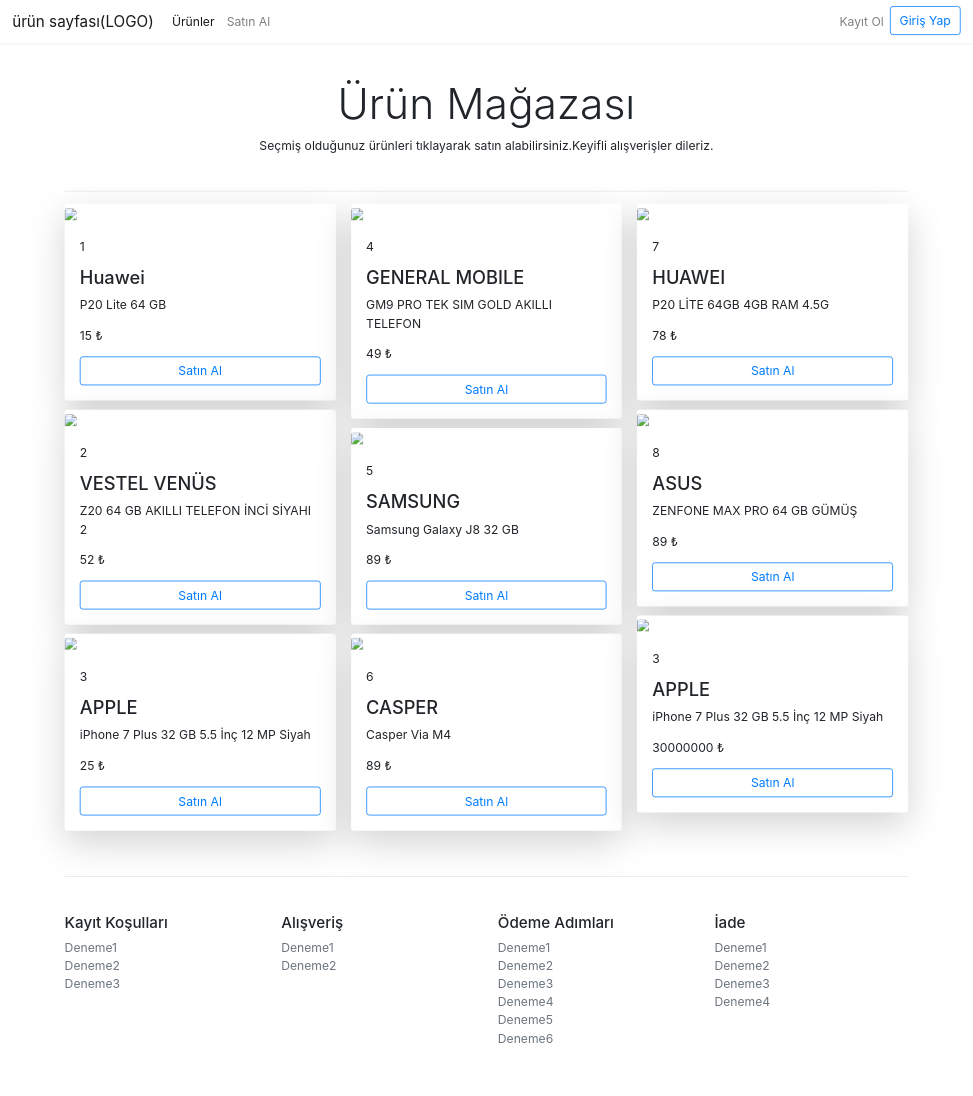
Repository: NergisAktug/E-Commerce-PythonWithFlask-Sqlite3
Page: http://localhost/
The author's editor kept a copy of each file at every save. The page is drawn from the files as they stood at one save, then again after the next save.
The browser window is 1280 px wide. The pictures show the whole page, at 76% of full size.
Some web libraries are served in a nearby version. The page is served by the project's application, run on Flask 3 (app.py). The page reads the database file committed with the project.

Above is the page before, as saved 2018-12-16 00:09:06.

### templates/index.html
<!doctype html>

<html lang="en">
  <head>
      <!-- Required meta tags -->
    <meta charset="utf-8">
    <meta name="viewport" content="width=device-width, initial-scale=1, shrink-to-fit=no">
    <link rel="stylesheet" href="https://use.fontawesome.com/releases/v5.5.0/css/all.css" integrity="sha384-B4dIYHKNBt8Bc12p+WXckhzcICo0wtJAoU8YZTY5qE0Id1GSseTk6S+L3BlXeVIU" crossorigin="anonymous">
    <!-- Bootstrap CSS -->
    <link rel="stylesheet" href="https://stackpath.bootstrapcdn.com/bootstrap/4.1.3/css/bootstrap.min.css" integrity="sha384-MCw98/SFnGE8fJT3GXwEOngsV7Zt27NXFoaoApmYm81iuXoPkFOJwJ8ERdknLPMO" crossorigin="anonymous">

    <title>Hello, world!</title>
  </head>
  <body>



    <nav class="navbar navbar-expand-lg navbar-light shadow-sm" >
        <a href="/" class="navbar-brand">ürün sayfası(LOGO)</a>
        <button class="navbar-toggler" type="button" data-toggle="collapse" data-target="#navbarMenü">
            <span class="navbar-toggler-icon"></span>
        </button>
        <div class="collapse navbar-collapse" id="navbarMenü">
            <ul class="navbar-nav mr-auto">
                <li class="nav-item">
                    <a href="/" class="nav-link active" >Ürünler</a>
                 </li>
                 <li class="nav-item">
                        <a href="/giris" class="nav-link">Satın Al</a>
                     </li>
                     </ul>

                     {% if mesaj %}
                     <ul class="navbar-nav">
                     <div class="alert alert-success">
                            <strong>Başardınız!</strong> {{mesaj}}
                          </div>
                          <li class="nav-item">
                                <a href="/uyeGiris" class="btn btn-outline-primary">Giriş Yap</a>
                               </li>
                            </ul>
                        {% else %}
        {% if  session['uye_giris'] %}
        <ul class="navbar-nav ml-auto">
               <li class="nav-item">  <a href="/sepetGoster" class="nav-link">Sepetim</a></li>
               <li class="nav-item">  <a href="/cikis" class="btn btn-outline-primary">Çıkış Yap</a></li>
            </ul>

        {% else %}
        {% if session['admin_giris']  %}
        <ul class="navbar-nav ml-auto">
                <li class="nav-item"><a href="/giris" >Admin</a></li>
                <li class="nav-item"><a href="/cikis" >Çıkış Yap</a></li>
        </ul>
        {% else %}
            <ul class="navbar-nav">
            <li class="nav-item">
            <a href="/kayit" class="nav-link">Kayıt Ol</a>
            </li>
            <li class="nav-item">
            <a href="/giris" class="btn btn-outline-primary">Giriş Yap</a>
            </li>
            </ul>
            {% endif %}
        {% endif %}
     {% endif %}
        </div>

    </nav>

    <div class="container my-5">
      <h1 class="display-4 text-center mb-2">Ürün Mağazası</h1>
       <p class="text-center mb-5">Seçmiş olduğunuz ürünleri  tıklayarak satın alabilirsiniz.Keyifli alışverişler dileriz.</p>
      <div class="clearfix"></div><hr>
      <div class="card-columns">
          {% if Urun==[] %}
          <div class="alert alert-warning" role="alert">Herhangi bir ürün yok...</div>
          {% else %}
          {% for kayit in Urun %}
          <div data-aos="fade-down" class="card border-0 shadow-lg">
          <img src="#"  class="card-img-top">
             <div class="card-body">
                    {% for m in marka %}
                    {% if m.markaId==kayit.markaId %}

                    <p>{{m.markaId}}</p>
                    <h4>{{m.markaadi}}</h4>
                    <P>{{m.marka_modeli}} </P>
                    <p>{{kayit.urunFiyati}} ₺</p>
                    <a href="/sepet/kayit.markaId" class="btn btn-outline-primary btn-block">Satın Al</a>
                    {% endif %}
                 {% endfor %}


            </div>
          </div>

      {% endfor %}
      {% endif %}
       </div>
    <hr class="my-5">
</div>


   <footer class="my-5">
<div class="container">
      <div class="row">
     <div class="col-6 col-md-3">
       <h5>Kayıt Koşulları</h5>
       <ul class="list-unstyled">
        <li><a href="#" class="text-muted">Deneme1</a></li>
        <li><a href="#" class="text-muted">Deneme2</a></li>
        <li><a href="#" class="text-muted">Deneme3</a></li>

        </ul>
     </div>

     <div class="col-6 col-md-3">
        <h5>Alışveriş</h5>
        <ul class="list-unstyled">
            <li><a href="#" class="text-muted">Deneme1</a></li>
            <li><a href="#" class="text-muted">Deneme2</a></li>

         </ul>
      </div>
      <div class="col-6 col-md-3">
          <h5>Ödeme Adımları</h5>
          <ul class="list-unstyled">
              <li><a href="#" class="text-muted">Deneme1</a></li>
              <li><a href="#" class="text-muted">Deneme2</a></li>
              <li><a href="#" class="text-muted">Deneme3</a></li>
              <li><a href="#" class="text-muted">Deneme4</a></li>
              <li><a href="#" class="text-muted">Deneme5</a></li>
              <li><a href="#" class="text-muted">Deneme6</a></li>
           </ul>
        </div>
        <div class="col-6 col-md-3">
            <h5>İade</h5>
            <ul class="list-unstyled">
                <li><a href="#" class="text-muted">Deneme1</a></li>
                <li><a href="#" class="text-muted">Deneme2</a></li>
                <li><a href="#" class="text-muted">Deneme3</a></li>
                <li><a href="#" class="text-muted">Deneme4</a></li>
             </ul>
          </div>
      </div>
</div>
   </footer>

    <!-- Optional JavaScript -->
    <!-- jQuery first, then Popper.js, then Bootstrap JS -->
    <script src="https://unpkg.com/aos@2.3.1/dist/aos.js"></script>
    <script src="https://code.jquery.com/jquery-3.3.1.slim.min.js" integrity="sha384-q8i/X+965DzO0rT7abK41JStQIAqVgRVzpbzo5smXKp4YfRvH+8abtTE1Pi6jizo" crossorigin="anonymous"></script>
    <script src="https://cdnjs.cloudflare.com/ajax/libs/popper.js/1.14.3/umd/popper.min.js" integrity="sha384-ZMP7rVo3mIykV+2+9J3UJ46jBk0WLaUAdn689aCwoqbBJiSnjAK/l8WvCWPIPm49" crossorigin="anonymous"></script>
    <script src="https://stackpath.bootstrapcdn.com/bootstrap/4.1.3/js/bootstrap.min.js" integrity="sha384-ChfqqxuZUCnJSK3+MXmPNIyE6ZbWh2IMqE241rYiqJxyMiZ6OW/JmZQ5stwEULTy" crossorigin="anonymous"></script>
    <script>
        AOS.init();
      </script>
  </body>
</html>

### app.py
import datetime
import os
from flask import Flask,flash, request, render_template
from flask import Flask, url_for, redirect, session
from flask_sqlalchemy import SQLAlchemy
from sqlalchemy.sql import table, column, select



class ConfigClass(object):

    SECRET_KEY = 'This is an INSECURE secret!! DO NOT use this in production!!'

    SQLALCHEMY_DATABASE_URI = 'sqlite:///eticaret.sqlite'
    SQLALCHEMY_TRACK_MODIFICATIONS = False

    MAIL_SERVER = 'smtp.gmail.com'
    MAIL_PORT = 465
    MAIL_USE_SSL = True
    MAIL_USE_TLS = False
    MAIL_USERNAME = 'nergis.aktug2014@gmail.com'
    MAIL_PASSWORD = '05383896877'
    MAIL_DEFAULT_SENDER = '"MyApp" <xyz@gmail.com>'

    USER_ENABLE_EMAIL = True
    USER_ENABLE_USERNAME = False
    USER_EMAIL_SENDER_EMAIL = "noreply@example.com"


def create_app():



    app = Flask(__name__)
    app.config.from_object(__name__ + '.ConfigClass')

    db = SQLAlchemy(app)

    UPLOAD_FOLDER = os.path.basename('uploads')
    app.config['UPLOAD_FOLDER'] = UPLOAD_FOLDER

    class Kullanici(db.Model):
        __tablename__ = 'Kullanici'
        id = db.Column(db.Integer, primary_key=True)
        email = db.Column(db.String(80), unique=True)
        sifre = db.Column(db.String(80))
        rolId = db.Column(db.Integer, db.ForeignKey('rol.rolId', ondelete='CASCADE'))
        def __init__(self, email, sifre,rolId):
            self.email = email
            self.sifre = sifre
            self.rolId =rolId

    class Roller(db.Model):
        __tablename__ = 'rol'
        rolId = db.Column(db.Integer, primary_key=True)
        rolisim = db.Column(db.String(80))

    class urunler(db.Model):
        __tablename__ = 'urunler'
        urun_id = db.Column(db.Integer, primary_key=True)
        urunismi = db.Column(db.String(80))
        urunresmi = db.Column(db.String(256))
        urunstok=db.Column(db.Integer)
        urunFiyati = db.Column(db.Integer)
        markaId = db.Column(db.Integer,db.ForeignKey('markalar.markaId', ondelete='CASCADE'))

        def __init__(self, urunismi, urunresmi, urunFiyati,urunstok,markaId):
            self.urunismi =urunismi
            self.urunresmi = urunresmi
            self.urunFiyati = urunFiyati
            self.markaId=markaId
            self.urunstok=urunstok
    class markalar(db.Model):
        __tablename__ = 'markalar'
        markaId = db.Column(db.Integer, primary_key=True)
        markaadi = db.Column(db.String(80))
        marka_modeli = db.Column(db.String(80))

        def __init__(self, markaadi, marka_modeli):
            self.markaadi = markaadi
            self.marka_modeli = marka_modeli

    class musteri(db.Model):
        __tablename__ = 'musteri'
        musteriId = db.Column(db.Integer, primary_key=True)
        musteriadi = db.Column(db.String(80))
        musterisoyadi = db.Column(db.String(80))
        mail = db.Column(db.String(80), unique=True)
        telefon = db.Column(db.Integer)
        sifre = db.Column(db.String(80))
        il = db.Column(db.String(80))
        ilce = db.Column(db.String(80))
        kullaniciId = db.Column(db.Integer(), db.ForeignKey('Kullanici.id', ondelete='CASCADE'))

        def __init__(self, musteriadi, musterisoyadi, mail, telefon, sifre, il, ilce, kullaniciId):
            self.musteriadi = musteriadi
            self.musterisoyadi = musterisoyadi
            self.mail = mail
            self.telefon = telefon
            self.sifre = sifre
            self.il = il
            self.ilce = ilce
            self.kullaniciId = kullaniciId

    class siparis(db.Model):
        __tablename__ = 'siparis'
        siparisId = db.Column(db.Integer, primary_key=True)
        musteriId = db.Column(db.Integer(), db.ForeignKey('musteri.musteriId', ondelete='CASCADE'))
        urunId = db.Column(db.Integer(), db.ForeignKey('urunler.urun_id', ondelete='CASCADE'))
        siparisno = db.Column(db.Integer)
        siparisTarihi = db.Column(db.DateTime, index=True, default=datetime.datetime.utcnow())
        odemeId = db.Column(db.Integer())

        def __init__(self, musteriId, urunId, siparisno, siparisTarihi, odemeId):
            self.musteriId = musteriId
            self.urunId = urunId
            self.siparisno = siparisno
            self.siparisTarihi = siparisTarihi
            self.odemeId = odemeId




    db.create_all()



    @app.route('/')
    def anasayfa():

        marka=markalar.query.all()
        Urun=urunler.query.all()
        tumVeri=urunler.query.all()

        return render_template('index.html',tumVeri=tumVeri,Urun=Urun,marka=marka)

    @app.route('/yukle', methods=['POST'])
    def yukle():
        file = request.files['images']
        f = os.path.join(app.config['UPLOAD_FOLDER'], file.filename)
        file.save(f)
        return redirect(url_for('anasayfa'))

    @app.route('/kayit', methods=['GET', 'POST'])
    def kayit():
        if request.method == 'POST':
            mail = request.form['email']
            parola = request.form['sifre']
            yeniKullanici = Kullanici(email=mail, sifre=parola,rolId=0)
            db.session.add(yeniKullanici)
            db.session.commit()
            if yeniKullanici is not None:
                mesaj = "Kayıt Başarıyla Sağlanmıştır."
                return render_template("index.html", mesaj=mesaj)
        else:
            return render_template('kayit.html')


    @app.route('/uye', methods=['GET', 'POST'])
    def uye():
        return redirect(url_for('giris'))

    @app.route('/giris', methods=['GET', 'POST'])
    def giris():
        if request.method == 'GET':
            return render_template('uyeGiris.html')
        else:
            email = request.form['email']
            sifre = request.form['sifre']
            data = Kullanici.query.filter_by(email=email, sifre=sifre).first()
            if data is not None:

                if Kullanici.query.filter_by(email=email, sifre=sifre, rolId=1).first():
                    session['admin_giris'] = True
                    return render_template('admin.html',rolId = 1, gir = session['admin_giris'])
                else:
                    session['uye_giris'] = True

                    return redirect(url_for('anasayfa',rolId = 0, gir = session['uye_giris']))
            else:
                return render_template('uyeGiris.html')
    @app.route('/cikis')
    def cikis():
        session.pop('admin_giris',None)
        session.pop('uye_giris',None)
        return redirect(url_for("anasayfa"))
    @app.route('/urunEkle')
    def urunGoster():
        tumVeri=urunler.query.all()
        return render_template("urunEkle.html",tumVeri=tumVeri)


    @app.route('/urunEklemeYap',methods=['POST'])
    def urunEklemeYap():
        urunismi=request.form['urunismi']
        urunResmi=request.form['urunresmi']
        urunFiyati=request.form['fiyati']
        urunStok=request.form['urunstok']
        markaId=request.form['markaId']
        yeniUrun=urunler(urunismi=urunismi,urunresmi=urunResmi,urunFiyati=urunFiyati,urunstok=urunStok,markaId=markaId)
        db.session.add(yeniUrun)
        db.session.commit()
        return redirect(url_for("urunGoster"))
    @app.route("/sil/<string:id>")
    def sil(id):
        urun=urunler.query.filter_by(urun_id=id).first()
        db.session.delete(urun)
        db.session.commit()
        return redirect(url_for('urunGoster'))
    @app.route('/guncelle/<string:id>',methods=['POST','GET'])
    def guncelle(id):
        try:
            urunismi = request.form.get("urunİsmi")
            urunresmi = request.form.get("urunresmi")
            urunFiyati = request.form.get("urunFiyati")
            urunStok=request.form.get("urunstok")
            markaId = request.form.get("markaId")
            urun = urunler.query.filter_by(urun_id=id).first()
            urun.urunismi = urunismi
            urun.urunresmi=urunresmi
            urun.urunFiyati=urunFiyati
            urun.urunstok=urunStok
            urun.markaId=markaId
            db.session.commit()
        except Exception as e:
            print("güncelleme yapılamadı")
            print(e)
        return redirect(url_for('urunGoster'))
    @app.route('/sepetGoster')
    def sepetGoster():

        return render_template("sepet.html")
    @app.route('/sepet/<string:id>',methods=['POST','GET'])
    def sepet(id):
        urun=urunler.query.filter_by(urun_id=id).first()
        marka=markalar.query.filter_by(markaId=id).first()

        return  render_template("sepet.html",urun=urun,marka=marka)


    @app.route('/Markalar',methods=['POST','GET'])
    def Markalar():
       tumMarka=markalar.query.all()
       return render_template("marka.html",tumMarka=tumMarka)


    @app.route('/markaEklemeYap',methods=['POST'])
    def markaEklemeYap():
        ad=request.form['markaadi']
        model=request.form['markamodeli']
        yenimarka=markalar(markaadi=ad,marka_modeli=model)
        db.session.add(yenimarka)
        db.session.commit()
        return redirect(url_for("Markalar"))
    return app
if __name__ == '__main__':
    app=create_app()
    app.run(host='127.0.0.1', port=5000, debug=True)

### eticaret.sqlite (the tables this page reads, as SQL)
CREATE TABLE markalar (
	"markaId" INTEGER NOT NULL, 
	markaadi VARCHAR(80), 
	marka_modeli VARCHAR(80), 
	PRIMARY KEY ("markaId")
);
INSERT INTO "markalar" VALUES
(1, 'Huawei', 'P20 Lite 64 GB'),
(2, 'VESTEL VENÜS', 'Z20 64 GB AKILLI TELEFON İNCİ SİYAHI 2'),
(3, 'APPLE', 'iPhone 7 Plus 32 GB 5.5 İnç 12 MP Siyah'),
(4, 'GENERAL MOBILE ', 'GM9 PRO TEK SIM GOLD AKILLI TELEFON'),
(5, 'SAMSUNG', 'Samsung Galaxy J8 32 GB '),
(6, 'CASPER', 'Casper Via M4'),
(7, 'HUAWEI', 'P20 LİTE 64GB 4GB RAM 4.5G'),
(8, 'ASUS', 'ZENFONE MAX PRO 64 GB GÜMÜŞ'),
(9, 'LG', 'V30 PLUS 128GB AKILLI TELEFON GÜMÜŞ'),
(10, 'xiomi', 'f16');

CREATE TABLE "urunler" (
	`urun_id`	INTEGER NOT NULL,
	`urunismi`	VARCHAR ( 80 ),
	`urunresmi`	VARCHAR ( 256 ),
	`urunstok`	INTEGER,
	`urunFiyati`	INTEGER,
	`markaId`	INTEGER,
	`popular`	TEXT,
	PRIMARY KEY(`urun_id`),
	FOREIGN KEY(`markaId`) REFERENCES `markalar`(`markaId`) ON DELETE CASCADE
);
INSERT INTO "urunler" VALUES
(1, 'telefon', 'var', 50, 15, 1, '1'),
(2, 'telefon', 'var', 10, 52, 2, '0'),
(3, 'telefon', 'var', 26, 25, 3, '0'),
(4, 'telefon', 'var', 78, 49, 4, '0'),
(5, 'telefon', 'var', 52, 89, 5, '3'),
(6, 'telefon', 'var', 12, 89, 6, '2'),
(7, 'telefon', 'var', 16, 78, 7, '7'),
(8, 'telefon', 'var', 45, 89, 8, '0'),
(10, 'bilgisayar', 'yok', 1, 30000000, 3, NULL);

After the next save:
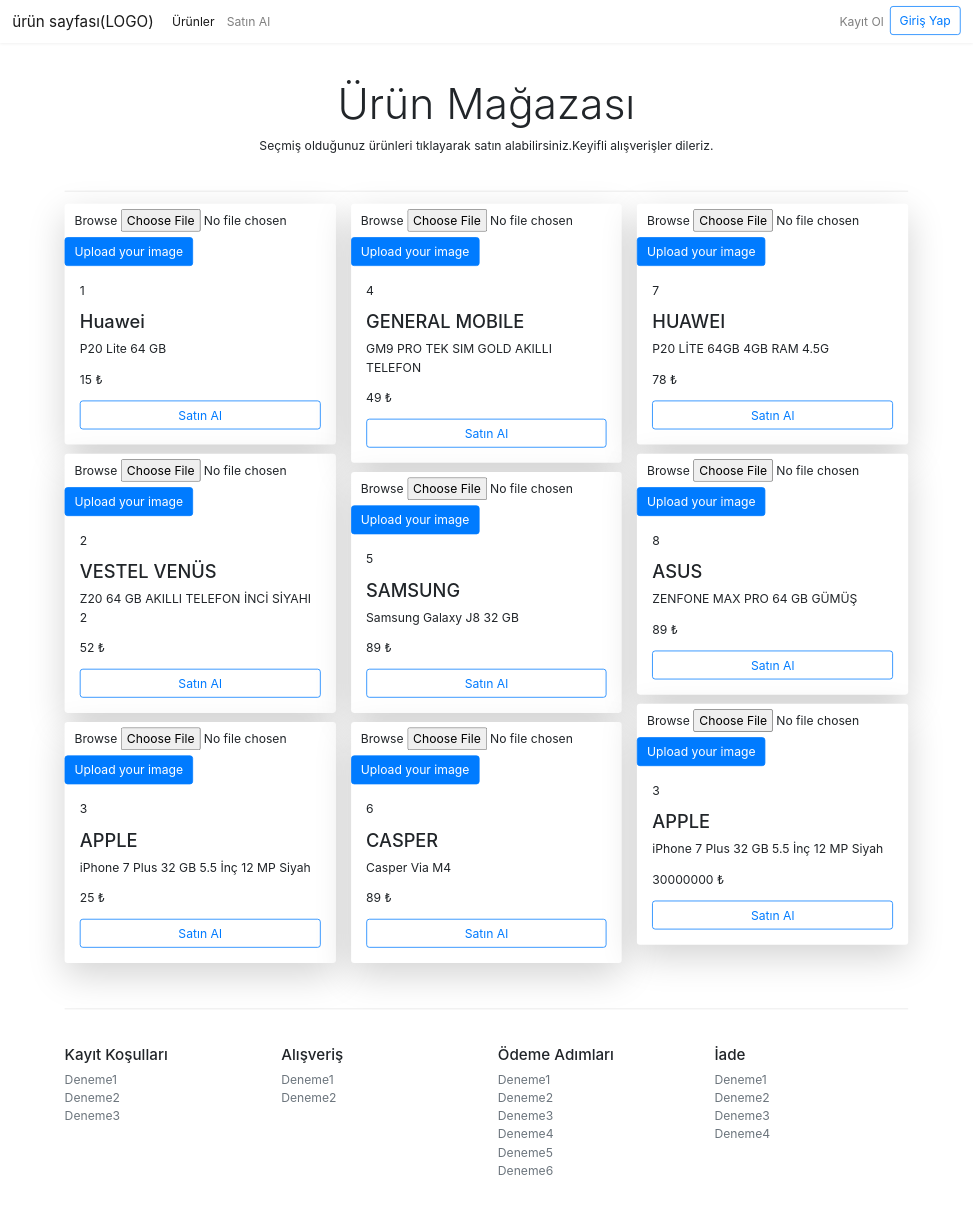
Saved 2 min 21 s later.
--- a/templates/index.html
+++ b/templates/index.html
@@ -78,7 +78,14 @@
           {% else %}
           {% for kayit in Urun %}
           <div data-aos="fade-down" class="card border-0 shadow-lg">
-          <img src="#"  class="card-img-top">
+                <form action="/yukle" method="post" enctype="multipart/form-data" >
+                    <span class="btn btn-default btn-file">
+                      Browse <input type="file" name="resim" class="card-img-top">
+                    </span>
+
+                  <input type="submit" value="Upload your image" class="btn btn-primary">
+                </form>
+
              <div class="card-body">
                     {% for m in marka %}
                     {% if m.markaId==kayit.markaId %}
